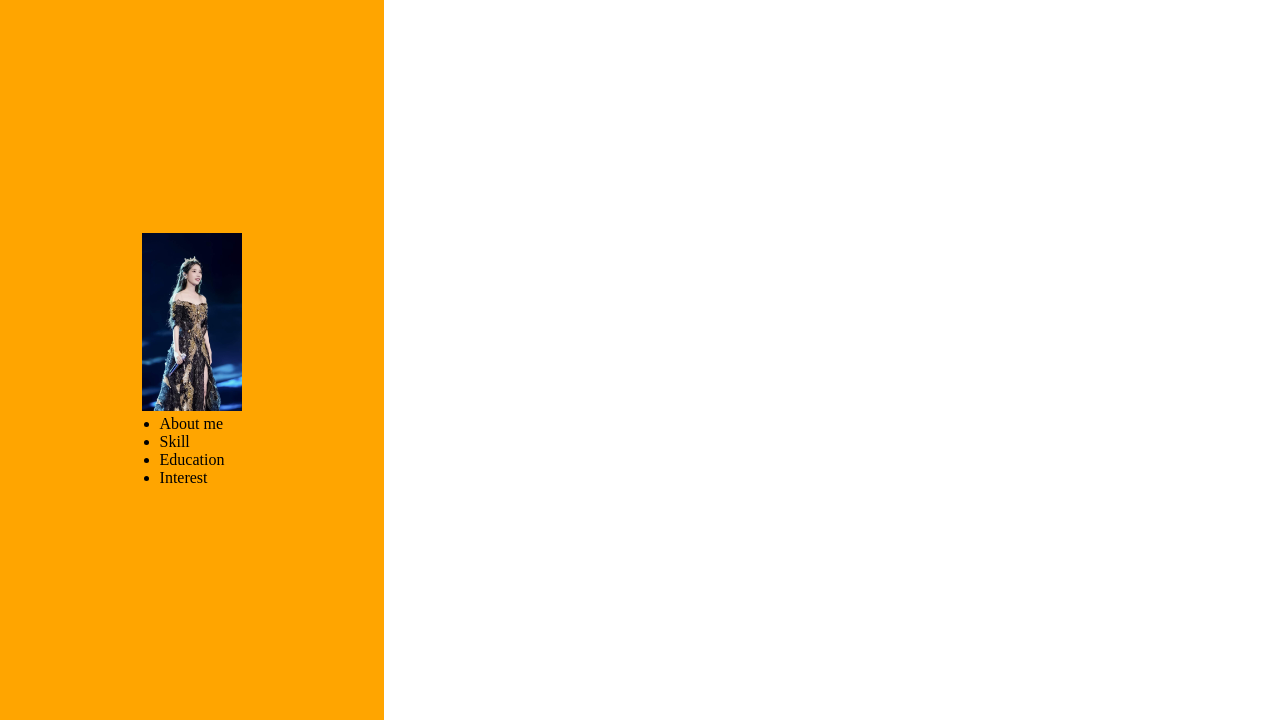
Repository: KinD2704/Web-University
Page: test/index.html
An editor plug-in stored every save of this project. The page is shown before and after the next save, followed by the edit.
The browser window is 1280 px wide. The pictures show the whole page.

Above is the page before, as saved 2023-12-01 22:26:43.

After the next save:
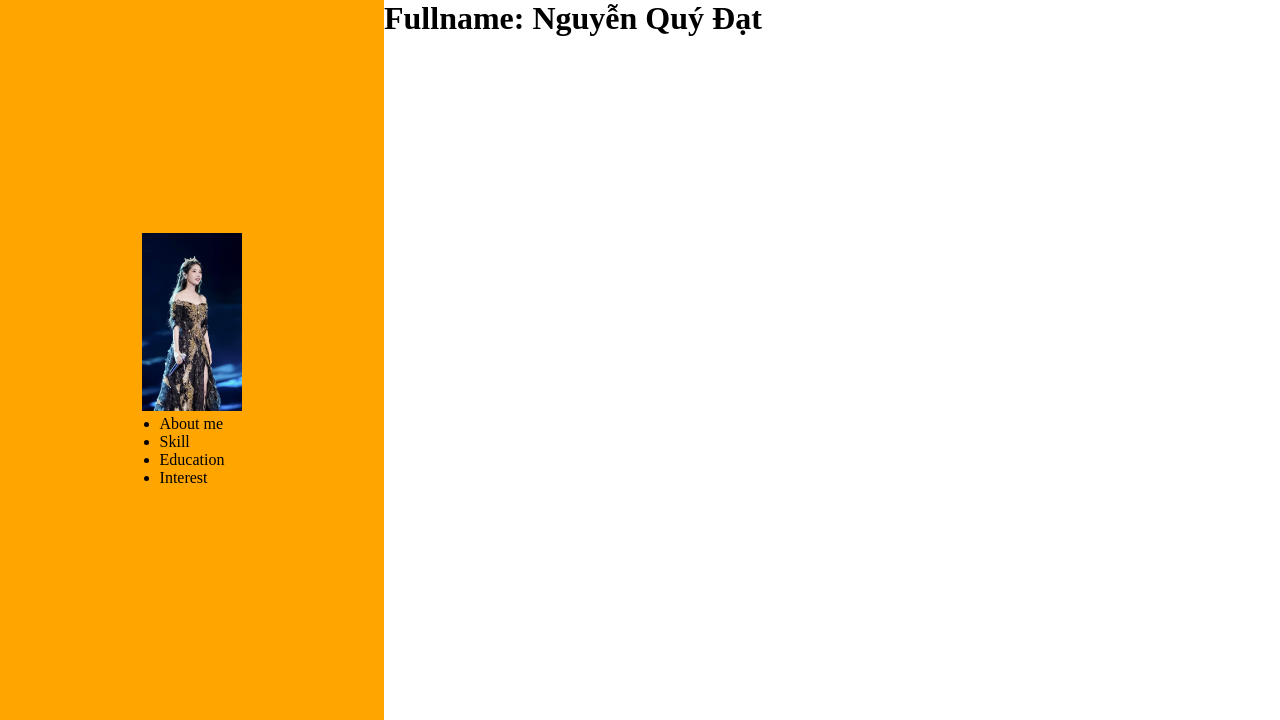
Saved 42 s later.
--- a/test/index.html
+++ b/test/index.html
@@ -25,7 +25,11 @@
                     </ul>
                 </div>
             </div>
-            <div class="para"></div>
+            <div class="para">
+                <div class="aboutme">
+                    <h1>Fullname: Nguyễn Quý Đạt</h1>
+                </div>
+            </div>
         </div>
     </body>
 </html>
